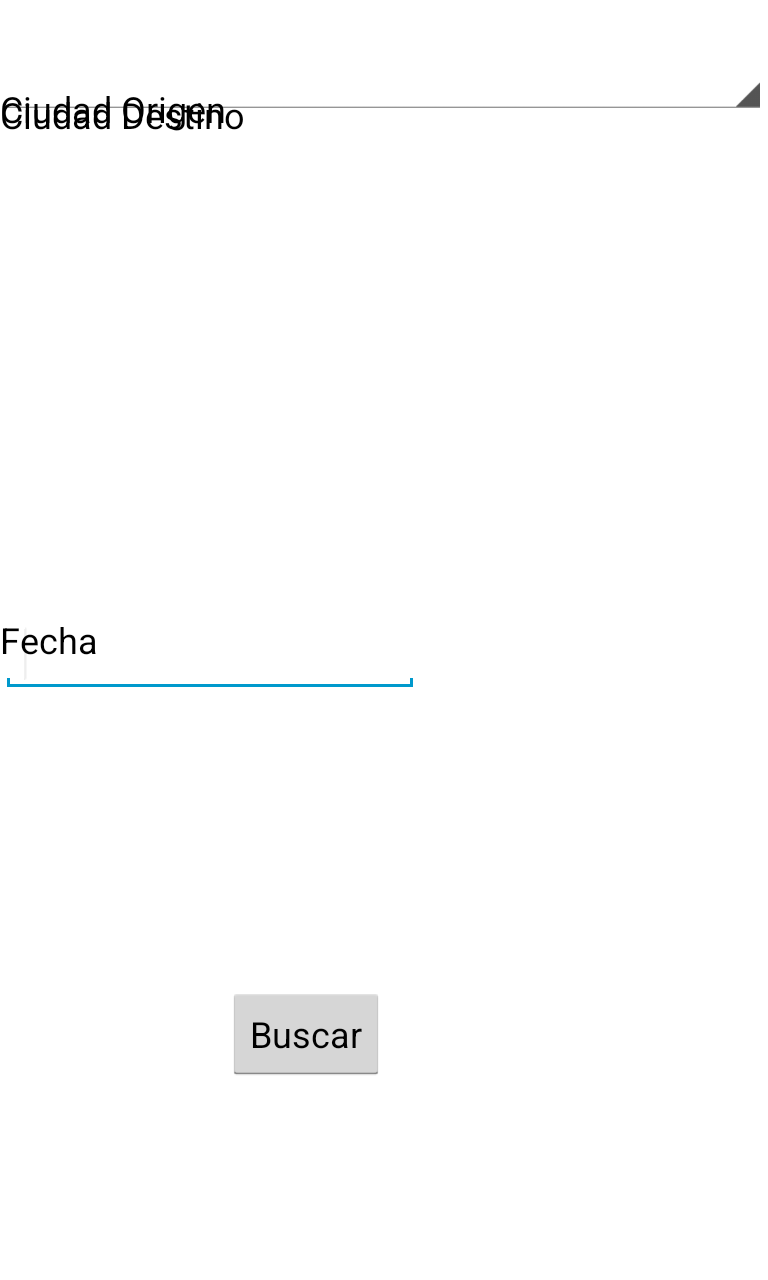
Repository: fmora/ProyectoMultimedios
Layout: MainActivity/MainActivity/res/layout/search_travel.xml
An editor plug-in stored every save of this project. The layout is shown before and after the next save, followed by the edit.
It is drawn on a 768 x 1280 px phone screen (xhdpi) without system bars, with theme AppTheme; the app's code is not run. Lists and similar views that code fills are empty.

Above is the layout before, as saved 2013-12-20 02:15:54.

After the next save:
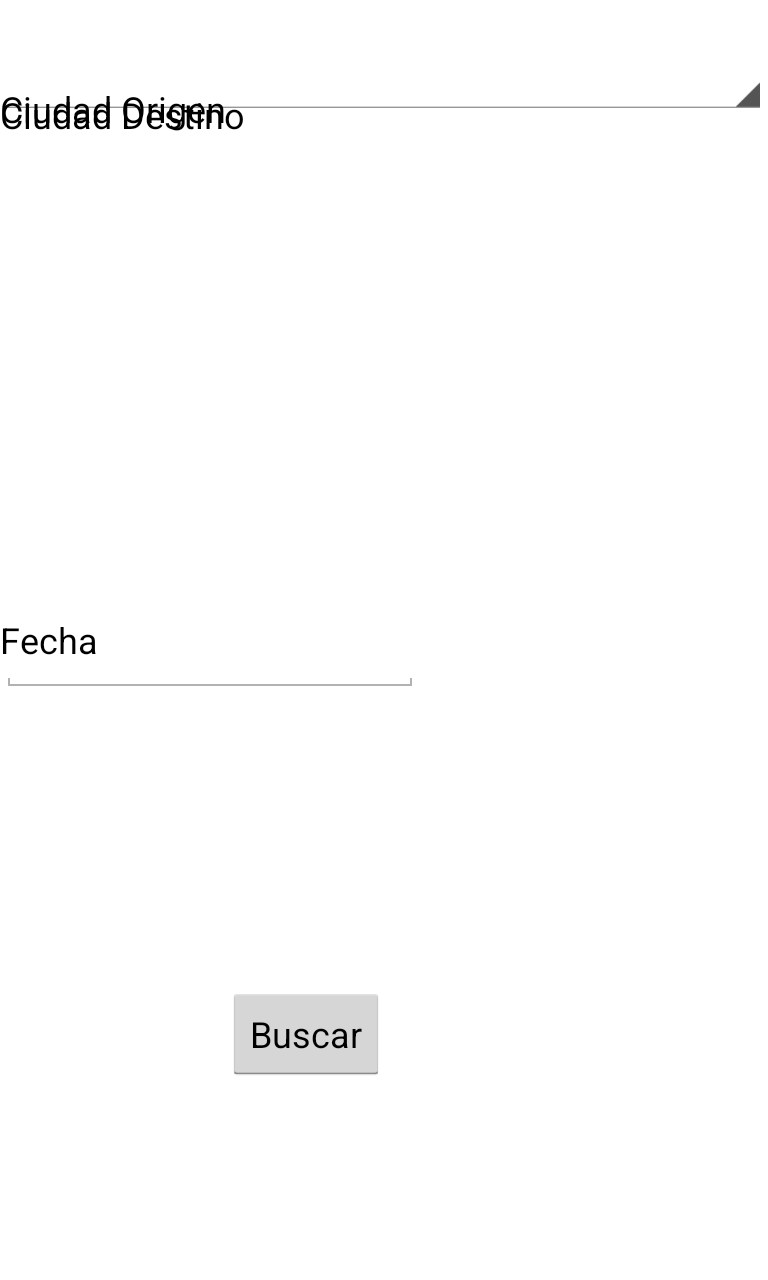
Saved 4 min 26 s later.
--- a/MainActivity/MainActivity/res/layout/search_travel.xml
+++ b/MainActivity/MainActivity/res/layout/search_travel.xml
@@ -55,8 +55,6 @@
         android:layout_alignLeft="@+id/spinner2"
         android:layout_alignTop="@+id/TextView01"
         android:ems="10" >
-
-        <requestFocus />
     </EditText>
 
     <TextView
@@ -67,10 +65,13 @@
         android:layout_centerVertical="true"
         android:text="@string/es_date"
         android:textAppearance="?android:attr/textAppearanceMedium" />
+
     <ListView
         android:id="@+id/listView1"
         android:layout_width="match_parent"
-        android:layout_height="wrap_content" >
+        android:layout_height="wrap_content"
+        android:layout_alignParentLeft="true"
+        android:layout_alignParentTop="true" >
     </ListView>
 
 </RelativeLayout>
